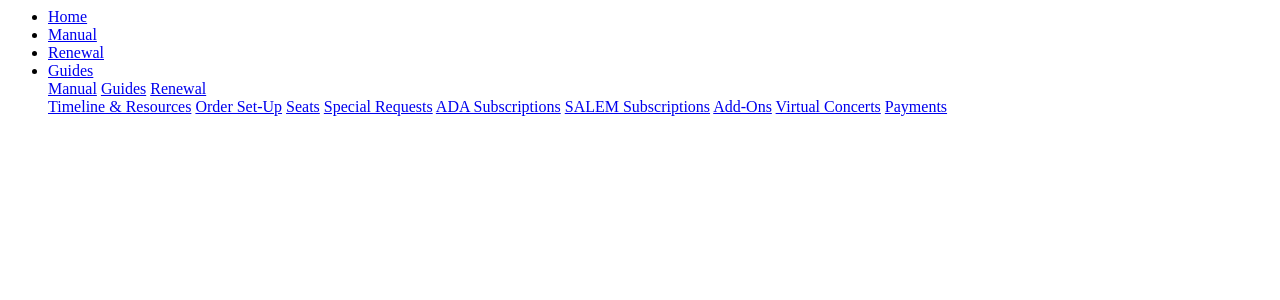
Repository: muesinga/ticketoffice-dot-info
Page: components/nav.html
These files come from the project's save history. The page is drawn as it stood at one moment and after a run of saves; the edit follows.
The browser window is 1280 px wide. The pictures show the whole page.

Above is the page before, as saved 2022-06-10 11:40:32.

After the next 2 saves:
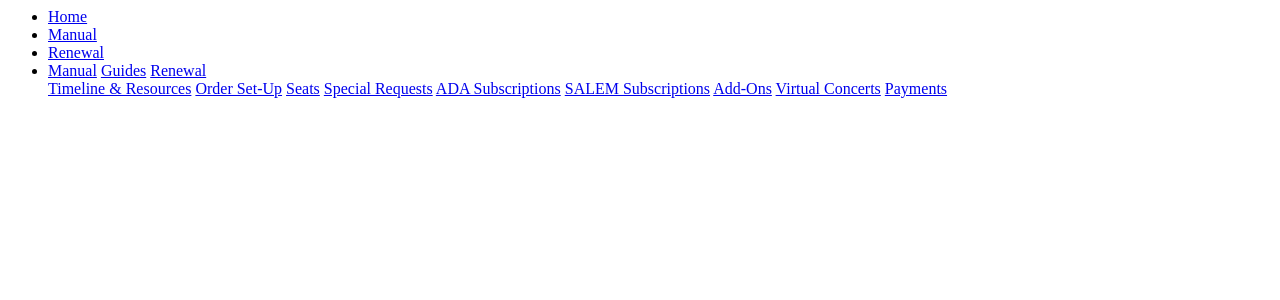
The 2 saves are shown as one change because they came seconds apart.
The last was saved 55 s later.
--- a/components/nav.html
+++ b/components/nav.html
@@ -4,7 +4,6 @@
         <li><a class="navlink" href="../guides/manual.html">Manual</a></li>
         <li><a class="navlink" href="../guides/renewal.html">Renewal</a></li>
         <li class="dropdown">
-        <a href="javascript:void(0)" class="dropbtn">Guides</a>
         <div class="dropdown-content">
             <a href="../guides/manual.html">Manual</a>
             <a href="javascript:void(0)" class="dropbtn">Guides</a>

After the save that followed:
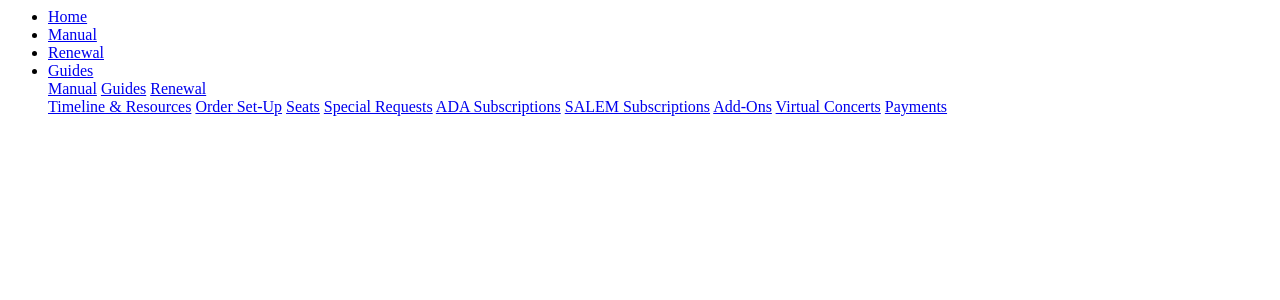
Saved 7 s later.
--- a/components/nav.html
+++ b/components/nav.html
@@ -4,6 +4,7 @@
         <li><a class="navlink" href="../guides/manual.html">Manual</a></li>
         <li><a class="navlink" href="../guides/renewal.html">Renewal</a></li>
         <li class="dropdown">
+        <a href="javascript:void(0)" class="dropbtn">Guides</a>
         <div class="dropdown-content">
             <a href="../guides/manual.html">Manual</a>
             <a href="javascript:void(0)" class="dropbtn">Guides</a>
